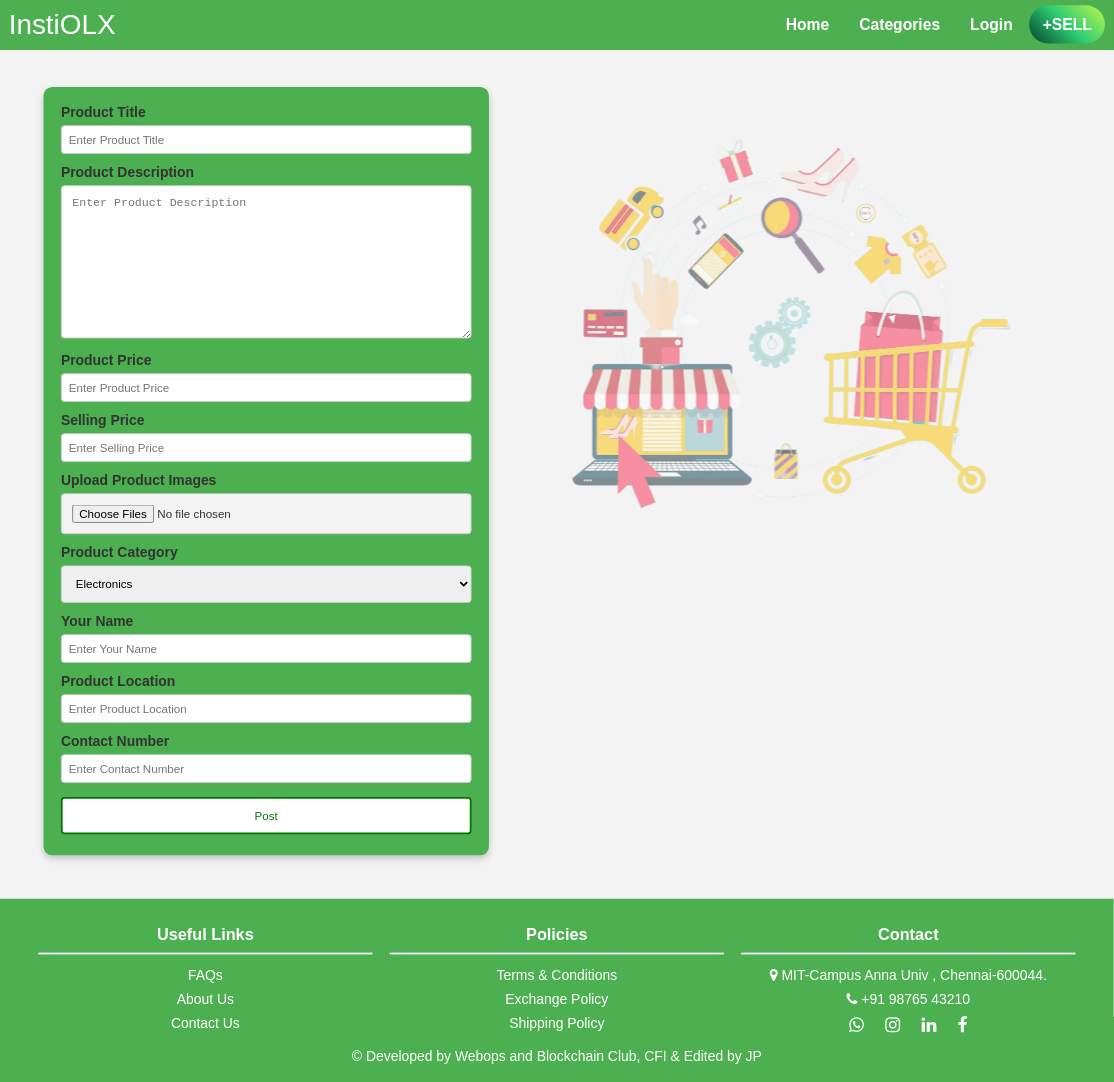
Repository: John-Prabu-A/web-dev-summer-school
Page: Session_1_Assignment/sell.html
The author's editor kept a copy of each file at every save. The page is drawn from the files as they stood at one save, then again after the next save.
The browser window is 1280 px wide. The pictures show the whole page, at 87% of full size.
The pointer rests on the first visible `button`.

Above is the page before, as saved 2024-06-20 17:11:58.

### Session_1_Assignment/sell.html
<!DOCTYPE html>
<html lang="en">

<head>
    <meta charset="UTF-8">
    <meta name="viewport" content="width=device-width, initial-scale=1.0">
    <title>InstiOLX</title>
    <link rel="stylesheet" href="Styles.css">
    <link rel="stylesheet" href="https://cdnjs.cloudflare.com/ajax/libs/font-awesome/4.7.0/css/font-awesome.min.css">
    <link rel="stylesheet" href="sell-page.css">
</head>

<body>
    <header>
        <div id="logo">InstiOLX</div>
        <div class="navbar">
            <a href="/Session_1_Assignment/index.html">Home</a>
            <span class="nav-link">
                <a href="#">Categories</a>
                <a href="#">Login</a>
                <a href="/Session_1_Assignment/sell.html"
                    style="background:linear-gradient(45deg, #03442e, #2ECC71 , #BDF74B );text-align:center;border-radius:40px;">+SELL</a>
            </span>
        </div>
    </header>

    <img src="/Session_1_Assignment/sell-page-bg.png" alt="sell-page-image">
    <form action="" class="container" method="post">
        <label for="product-title"><b>Product Title</b></label>
        <input type="text" placeholder="Enter Product Title" name="product-title" required>

        <Lable for="product-description"><b>Product Description</b></Lable>
        <textarea name="product-description" id="product-description" cols="30" rows="10"
            placeholder="Enter Product Description" required></textarea>

        <label for="product-price"><b>Product Price</b></label>
        <input type="text" placeholder="Enter Product Price" name="product-price" required>

        <label for="selling-price"><b>Selling Price</b></label>
        <input type="text" placeholder="Enter Selling Price" name="selling-price" required>

        <!-- multiple photo upload -->
        <label for="product-image"><b>Upload Product Images</b></label>
        <input type="file" name="product-image" id="product-image" multiple required>

        <label for="product-category"><b>Product Category</b></label>
        <select name="product-category" id="product-category" required>
            <option value="electronics">Electronics</option>
            <option value="furniture">Furniture</option>
            <option value="vehicles">Vehicles</option>
            <option value="clothing">Clothing</option>
            <option value="books">Books</option>
            <option value="miscellaneous">Miscellaneous</option>
            <option value="other">Other</option>
        </select>

        <label for="seller-name"><b>Your Name</b></label>
        <input type="text" placeholder="Enter Your Name" name="seller-name" required>

        <label for="product-location"><b>Product Location</b></label>
        <input type="text" placeholder="Enter Product Location" name="product-location" required>

        <label for="product-contact"><b>Contact Number</b></label>
        <input type="text" placeholder="Enter Contact Number" name="product-contact" required>

        <button type="submit">Post</button>
    </form>
    <footer class="footer">
        <div class="footer-container">
            <div class="footer-column">
                <h3>Useful Links</h3>
                <ul>
                    <li><a href="#">FAQs</a></li>
                    <li><a href="#">About Us</a></li>
                    <li><a href="#">Contact Us</a></li>
                </ul>
            </div>
            <div class="footer-column">
                <h3>Policies</h3>
                <ul>
                    <li><a href="#">Terms & Conditions</a></li>
                    <li><a href="#">Exchange Policy</a></li>
                    <li><a href="#">Shipping Policy</a></li>
                </ul>
            </div>
            <div class="footer-column">
                <h3>Contact</h3>
                <p><i class="fa fa-map-marker"></i> MIT-Campus Anna Univ , Chennai-600044.</p>
                <p><i class="fa fa-phone"></i> +91 98765 43210</p>
                <div class="social-icons">
                    <a href="#" class="fa fa-whatsapp"></a>
                    <a href="#" class="fa fa-instagram"></a>
                    <a href="#" class="fa fa-linkedin"></a>
                    <a href="#" class="fa fa-facebook"></a>
                </div>
            </div>
            © Developed by Webops and Blockchain Club, CFI & Edited by JP
        </div>
    </footer>
</body>

</html>

### Session_1_Assignment/Styles.css
* {
    box-sizing: border-box;
    margin: 0;
    padding: 0;
}

body {
    font-family: 'Gill Sans', 'Gill Sans MT', Calibri, 'Trebuchet MS', sans-serif;
    background-color: white;
    color: #333;
}

header{
    background-color: #4CAF50;
    color: white;
    padding: 10px;
    display: flex;
    justify-content: space-between;
    align-items: center;
    position: fixed;
    width: 100%;
    z-index: 100;
  }
  header #logo {
    font-size: 2em;
  }

  header .navbar a{
    color: white;
    font-weight: bold;
    font-size: 18px;
    padding: 12px 15px;
    text-decoration: none;
  }
  header .navbar a:hover{
    background-color: #45a049;
  }
.banner {
    position: relative;
    padding: 60px 0 0 0;
}

.banner img {
    width: 100%;
}

.search-bar {
    margin: 20px;
    display: flex;
    justify-content: center;
}

.search-bar input[type="text"] {
    width: 300px;
    padding: 10px;
    border: 2px solid #4CAF50;
    border-radius: 5px 0 0 5px;
    border-right: 0;
    outline: none;             /*On starting to type it creates balck border by default,so to avoid it v use this*/
}

.search-bar button {
    padding: 10px 20px;
    border: 2px solid #4CAF50;
    border-left: 0;
    background-color: #4CAF50;
    color: white;
    cursor: pointer;
    border-radius: 0 5px 5px 0;
}

.search-bar button:hover {
    background-color: #45a049;
}

.slideshow-container {
    display: flex;
    justify-content: center;
    gap: 50px;
    flex-wrap: wrap;
}

.slideshow {
    position: relative;
    width: 350px;
    height: 350px;
    overflow: hidden;
    border-radius: 20px;
    border: 2px solid #ddd;
    box-shadow: 0 0 10px rgba(0, 0, 0, 0.1);
}

.slideshow-image {
    position: absolute;
    width: 100%;
    height: 100%;
    background-size: cover;
    opacity: 0;
    animation-iteration-count: infinite;
}

.image1 { background-image: url('https://encrypted-tbn0.gstatic.com/images?q=tbn:ANd9GcQVwGVsuaL7RGKo6A_Sqq83s5_6XYFMhHsjug&s');
          animation-name: fade1;
          animation-duration: 4s; }
.image2 { background-image: url('https://5.imimg.com/data5/WS/NI/FV/SELLER-11710265/mad-maxx-bicycles-avengers-single-kids-cycle-500x500.jpg');
          animation-name: fade2;
          animation-duration: 4s; }
.image3 { background-image: url('https://5.imimg.com/data5/SELLER/Default/2022/7/YX/MH/UK/153492086/pulsar-150cc-twin-disk-500x500.png');
          animation-name: fade3;
          animation-duration: 4s; }
.image4 { background-image: url('https://cpimg.tistatic.com/07673503/b/4/Toyota-Innova-Crysta.jpg');
          animation-name: fade1;
          animation-duration: 4s; }
.image5 { background-image: url('https://tiimg.tistatic.com/fp/1/007/862/most-advanced-modern-premium-lg-7-kg-front-fully-automatic-washing-machine-255.jpg');
          animation-name: fade2;
          animation-duration: 4s; }
.image6 { background-image: url('https://5.imimg.com/data5/SELLER/Default/2022/3/MI/KE/UL/19250422/whirlpool-1-0-ton-3-star-inverter-split-ac-500x500.jpg');
          animation-name: fade3;
          animation-duration: 4s; }
.image7 { background-image: url('https://5.imimg.com/data5/SELLER/Default/2021/8/HZ/XR/AC/8962391/household-vacuum-cleaner-500x500.jpg');
          animation-name: fade1;
          animation-duration: 4s; }
.image8 { background-image: url('https://static.nbastore.in/resized/500X500/50/nba-authentic-series-indoor-outdoor-basketball-size-7-brown-65146fd7e6af2.jpg');
          animation-name: fade2;
          animation-duration: 4s; }
.image9 { background-image: url('https://m.media-amazon.com/images/I/61KOc8c4xQL._SL1200_.jpg');
          animation-name: fade3;
          animation-duration: 4s; }

@keyframes fade1 {
    0%, 33.33% { opacity: 1; }
    33.34%, 100% { opacity: 0; }
}
@keyframes fade2 {
    0%, 33.33% { opacity: 0; }
    33.34%, 66.66% { opacity: 1; }
    66.67%, 100% { opacity: 0; }
}
@keyframes fade3 {
    0%, 66.66% { opacity: 0; }
    66.67%, 100% { opacity: 1; }
}

.container {
    position: relative;
    max-width: 100%;
  }

    .image {
        opacity: 1;
        display: block;
        width: 100%;
        height: auto;
    }

  .middle {
    opacity: 0;
    width: 80%;
    position: absolute;
    top: 50%;
    left: 50%;
    transform: translate(-50%, -50%);
    text-align: center;
  }
  .text {
    color: #4CAF50;
    font-size: 16px;
    padding: 16px 32px;
  }
  .container:hover .image {
    opacity: 0.3;
  }

  .container:hover .middle {
    opacity: 1;
  }


.product-listings {
    display: flex;
    flex-wrap: wrap;
    justify-content: center;
    margin: 20px;
    border: 5px solid #4CAF50;
    border-radius: 15px;
    padding: 25px;
}

.product {
    background-color: white;
    border: 2px solid #e0e0e0;
    border-radius: 10px;
    margin: 30px;
    padding: 15px;
    width: 220px;
    text-align: center;
    transition: transform 0.5s, box-shadow 0.3s;
}

.product:hover {
    box-shadow: 0 4px 8px rgba(0, 0, 0, 0.2);
    transform: scale(1.05);
}

.product img {
    max-width: 100%;
    border-bottom: 1px solid #e0e0e0;
    margin-bottom: 10px;
}

.product-info h2 {
    font-size: 1.2em;
    margin-bottom: 10px;
    color: #4CAF50;
}

.product-info p {
    font-size: 1em;
    color: #777;
}

.footer {
    background-color: #4CAF50;
    color: white;
    text-align: center;
    padding: 20px 0;
    margin-top: 40px;
}

.footer-container {
    display: flex;
    flex-wrap: wrap;
    justify-content: center;
}

.footer-column {
    width: 30%;
    margin: 10px;
}

.footer-column h3 {
    border-bottom: 2px solid #fff;
    padding-bottom: 10px;
    margin-bottom: 15px;
}

.footer-column ul {
    list-style-type: none;
}

.footer-column ul li {
    margin: 10px ;
}

.footer-column ul li a {
    color: white;
    text-decoration: none;
}

.footer-column p {
    margin-top: 10px;
}

.footer-column .social-icons {
    margin-top: 10px;
}

.footer-column .social-icons a {
    color: white;
    text-decoration: none;
    margin: 0 10px;
    font-size: 20px;
}


@media screen and (max-width: 780px) {

    .slideshow-container {
        flex-direction: column;
        gap: 20px;
    }

    .slideshow {
        margin:auto;
    }

    .nav-link {
        display: none;
    }

    .middle {
        display: none;
    }

    .product {
        width: 100%;
    }
    .product-listings {
        margin: 10px;
    }
    .footer-column {
        width: 100%;
    }
    .footer-column ul {
        text-align: center;
    }
    .footer-column .social-icons {
        text-align: center;
    }
    .footer-column .social-icons a {
        margin: 0 5px;
    }
}

### Session_1_Assignment/sell-page.css
body {
    font-family: Arial, Helvetica, sans-serif;
    background-color: #f3f3f3;
}

img {
    display: block;
    position: fixed;
    right: 0;
    top: 15%;
    padding: 16px;
    width: 60%;
    height: auto;
    z-index: -1;
    box-sizing: border-box;
    opacity: 0.5;
    transition: opacity 0.2s ease-out;
}

.sticky-container {
    position: -webkit-sticky;
    position: sticky;
    top: 0;
    height: 100px;
}

.container {
    display: block;
    position: relative;
    top: 100px;
    padding: 16px;
    margin: 0 20px 150px 50px;
    background-color: #4CAF50;
    padding: 20px;
    width: 40%;
    border-radius: 10px;
    box-shadow: 0 4px 8px 0 rgba(0, 0, 0, 0.2);
}

input[type=text],
select,
textarea {
    width: 100%;
    padding: 8px;
    border: 1px solid #ccc;
    border-radius: 4px;
    box-sizing: border-box;
    margin-top: 6px;
    margin-bottom: 12px;
    resize: vertical;
}

button {
    background-color: #007506;
    color: white;
    padding: 12px 20px;
    margin: 4px 0;
    border: none;
    border-radius: 4px;
    cursor: pointer;
    width: 100%;
}

button:hover {
    background-color: #fff;
    color: #007506;
    border: 2px solid #007506;
    /* transform: scale(1.02); */
    transition: 0.2s;
}

.container label {
    font-weight: bold;
}

.container select {
    width: 100%;
    padding: 12px;
    border: 1px solid #ccc;
    border-radius: 4px;
    box-sizing: border-box;
    margin-top: 6px;
    margin-bottom: 12px;
    resize: vertical;
}

.container textarea {
    width: 100%;
    padding: 12px;
    border: 1px solid #ccc;
    border-radius: 4px;
    box-sizing: border-box;
    margin-top: 6px;
    margin-bottom: 12px;
    resize: vertical;
}

.container input[type=file] {
    width: 100%;
    padding: 12px;
    border: 1px solid #ccc;
    background-color: #f3f3f3;
    border-radius: 4px;
    box-sizing: border-box;
    margin-top: 6px;
    margin-bottom: 12px;
    resize: vertical;
}

@media (max-width: 768px) {
    .product-listings {
        margin: 10px;
    }

    .product {
        margin: 10px;
    }

    img {
        width: 100%;
        margin: 0 auto;
        top: 50px;
        display: block;
        position: relative;
    }

    .container {
        width: 80dvw;
        margin-top: 0px;
        top: 0;
    }

    .footer-column {
        width: 100%;
    }
}

After the next save:
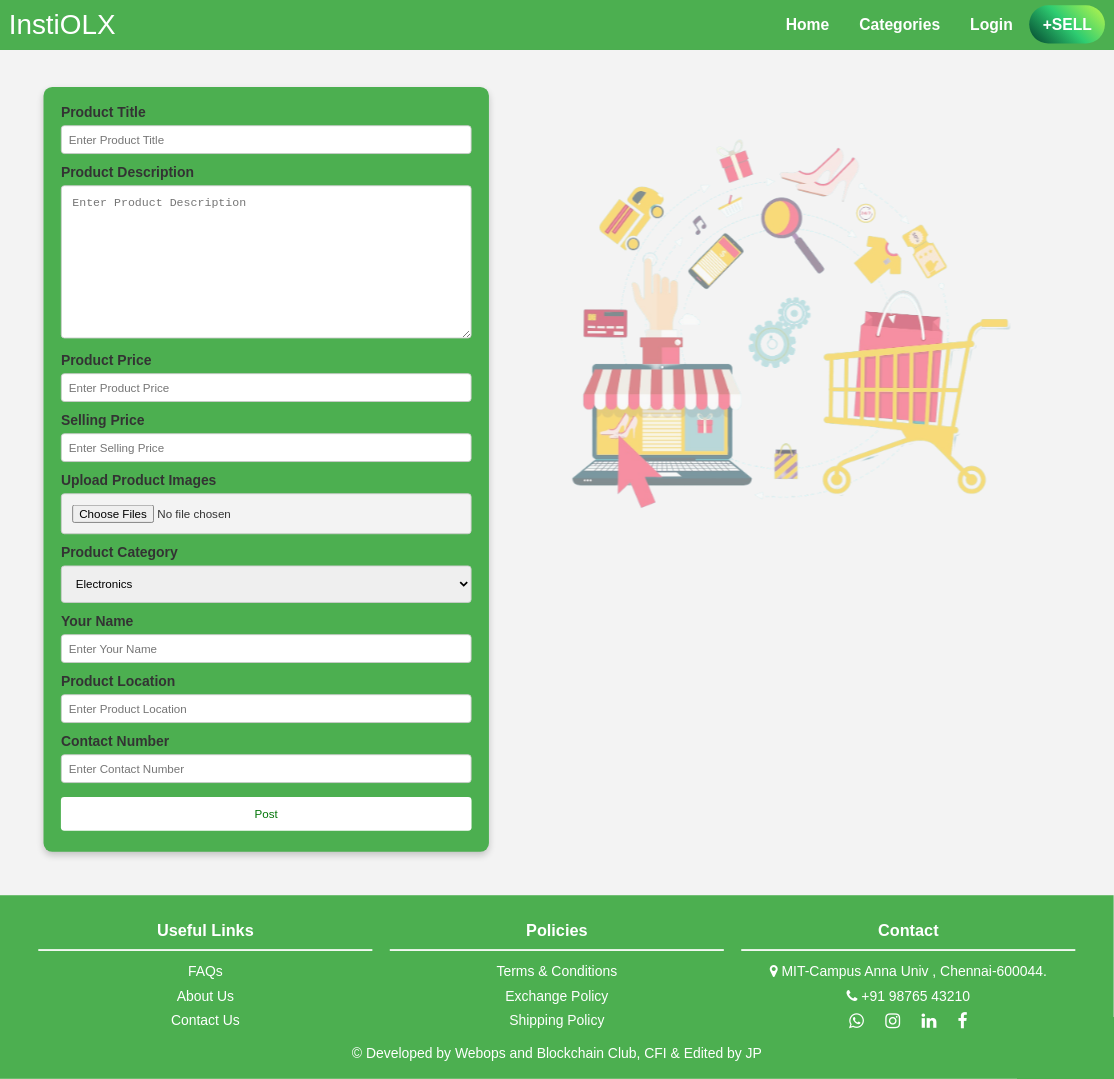
Saved 20 s later.
--- a/Session_1_Assignment/sell-page.css
+++ b/Session_1_Assignment/sell-page.css
@@ -64,7 +64,7 @@ button {
 button:hover {
     background-color: #fff;
     color: #007506;
-    border: 2px solid #007506;
+    /* border: 2px solid #007506; */
     /* transform: scale(1.02); */
     transition: 0.2s;
 }
